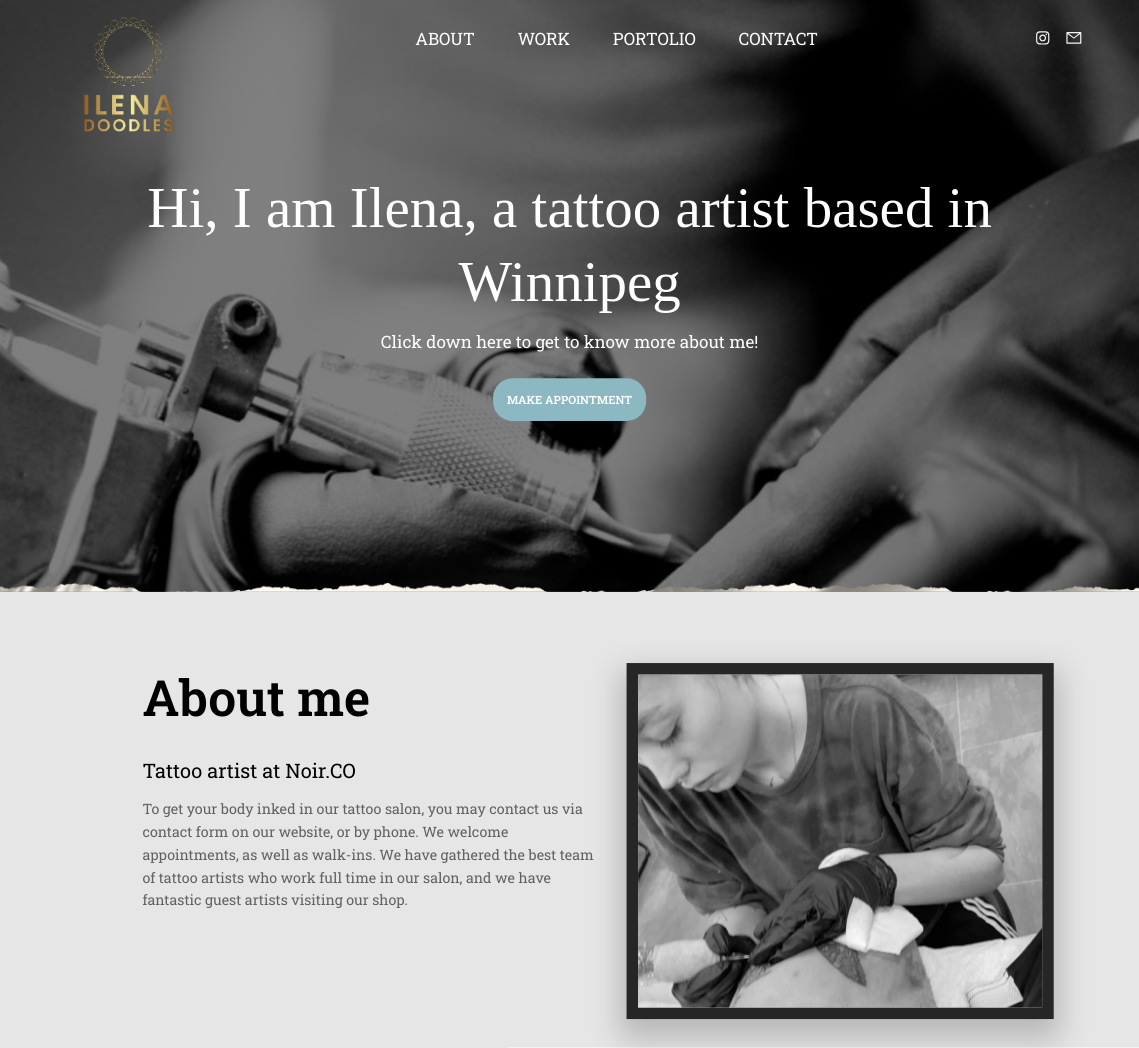
Repository: Leoka2000/Ilena
Page: /
An editor plug-in stored every save of this project. The page is shown before and after the next save, followed by the edit.
The browser window is 1280 px wide. The pictures show the whole page, at 89% of full size.
Some web fonts or font styles are not loaded; a fallback is used. The project was rebuilt for these pictures with package versions that can differ from the ones it lists, and the page was loaded fresh each time. Also part of the build but not shown: src/App.css.

Above is the page before, as saved 2023-03-03 00:11:14.

### public/index.html
<!DOCTYPE html>
<html lang="en">
  <head>
    <meta charset="utf-8" />
    <link rel="icon" href="%PUBLIC_URL%/favicon.ico" />
    <meta name="viewport" content="width=device-width, initial-scale=1" />
    <meta name="theme-color" content="#000000" />
    <meta
      name="description"
      content="Web site created using create-react-app"
    />
    <link rel="apple-touch-icon" href="%PUBLIC_URL%/logo192.png" />
    <!--
      manifest.json provides metadata used when your web app is installed on a
      user's mobile device or desktop. See https://developers.google.com/web/fundamentals/web-app-manifest/
    -->

    <!-- Gloock -->
    <link rel="preconnect" href="https://fonts.googleapis.com">
<link rel="preconnect" href="https://fonts.gstatic.com" crossorigin>
<link href="https://fonts.googleapis.com/css2?family=Fira+Sans+Extra+Condensed:wght@300&family=Inter:wght@300;400;500;600;700&family=Roboto+Condensed:wght@300&family=Roboto+Slab:wght@400;500;600&display=swap" rel="stylesheet">
    <!-- Gloock -->
    <!-- FONT MULISH -->
    <link rel="preconnect" href="https://fonts.googleapis.com">
<link rel="preconnect" href="https://fonts.gstatic.com" crossorigin>
<link href="https://fonts.googleapis.com/css2?family=Fira+Sans+Extra+Condensed:wght@300&family=Inter:wght@300;400;500;600;700&family=Roboto+Condensed:wght@300&family=Roboto+Slab:wght@400;500;600&display=swap" rel="stylesheet">
    <!-- FONT MULISH -->
    <link rel="manifest" href="%PUBLIC_URL%/manifest.json" />
    <!--
      Notice the use of %PUBLIC_URL% in the tags above.
      It will be replaced with the URL of the `public` folder during the build.
      Only files inside the `public` folder can be referenced from the HTML.

      Unlike "/favicon.ico" or "favicon.ico", "%PUBLIC_URL%/favicon.ico" will
      work correctly both with client-side routing and a non-root public URL.
      Learn how to configure a non-root public URL by running `npm run build`.
    -->
    <title>React App</title>
  </head>
  <body>
    <noscript>You need to enable JavaScript to run this app.</noscript>
    <div id="root"></div>
    <!--
      This HTML file is a template.
      If you open it directly in the browser, you will see an empty page.

      You can add webfonts, meta tags, or analytics to this file.
      The build step will place the bundled scripts into the <body> tag.

      To begin the development, run `npm start` or `yarn start`.
      To create a production bundle, use `npm run build` or `yarn build`.
    -->
  </body>
</html>

### src/App.js
import Home from './pages/home/home'
import './App.css';
import Navbar from './components/navbar';

function App() {
  return (
    <>
      <Navbar/>
    <Home/>
    </>
  );
}

export default App;

### src/pages/home/home.js
import React from 'react'
import Hero from '../hero/hero'
import About from '../about/about'


const home = () => {
  return (
    <>
      <Hero/>
      <About/>
    </>
  )
}

export default home

### src/components/navbar.jsx
import React, { useRef, useState } from 'react'
import './navbar.css'
import { AiOutlineInstagram } from 'react-icons/ai'
import { AiOutlineMail } from 'react-icons/ai'
import Logo from '../assets/brand/logo.png'
import { FaBars } from 'react-icons/fa'
import { FaTimes } from 'react-icons/fa'
import { Link } from 'react-scroll'

const Navbar = () => {
  const navRef = useRef();

  const showNavbar = () => {
    navRef.current.classList.toggle("responsive_nav");
  };

  return (
    <div className='navbar-renderer'>
      <nav ref={navRef}>
        <img src={Logo} />
        <ul>
          <li><Link onClick={showNavbar} spy={true} smooth={true} offset={100} duration={500}>ABOUT</Link></li>
          <li><Link onClick={showNavbar} spy={true} smooth={true} offset={100} duration={500}>WORK</Link></li>
          <li><Link onClick={showNavbar} spy={true} smooth={true} offset={100} duration={500}>PORTOLIO</Link></li>
          <li><Link onClick={showNavbar} spy={true} smooth={true} offset={100} duration={500}>CONTACT</Link></li>
        </ul>
        <div className='navbar-icons-wrapper'>
          <a><AiOutlineInstagram /></a>
          <a><AiOutlineMail /></a>
        </div>
        <button
          className="close"
          onClick={showNavbar}>
          <FaTimes />
        </button>
      </nav>

      <button onClick={showNavbar} className='bars-button'>
        <FaBars className='bars' />
      </button>
    </div>
  )
}

export default Navbar

### src/pages/hero/hero.js
import React from 'react'
import './hero.css'

const hero = () => {
  return (
    <section className='hero-section'>
      <h1>Hi, I am Ilena, a tattoo artist based in Winnipeg</h1>
      <p>Click down here to get to know more about me!</p>
      <button>MAKE APPOINTMENT</button>
    </section>
  )
}

export default hero

### src/pages/about/about.jsx
import React from 'react'
import './about.css'
import Illena from '../../assets/brand/Illena.jpg'
import Illena2 from '../../assets/brand/Illena2.jpg'

const About = () => {
  return (
    <section className='about-section'>
      <div className='left-about'>
        <h1>About me</h1>
        <h3>Tattoo artist at Noir.CO</h3>
        <p>To get your body inked in our tattoo salon, you may contact us via contact form on our website, or by phone. We welcome appointments, as well as walk-ins. We have gathered the best team of tattoo artists who work full time in our salon, and we have fantastic guest artists visiting our shop.</p>
      </div>
      <div className='right-about'>
        <div className='img-thumbnail'><img src={Illena2}/></div>
      </div>
    </section>
  )
}

export default About

### src/components/navbar.css
.navbar-renderer {
    display: flex;
    justify-content: center;
    position:absolute;
    width: 100%;
    z-index: 1;
}
nav {
    display: flex;
    height: 85px;
background-color: transparent;
justify-content: space-between;
align-items: center;
width: 90%;
font-family: 'Fira Sans Extra Condensed', sans-serif;
font-family: 'Inter', sans-serif;
font-family: 'Roboto Condensed', sans-serif;
font-family: 'Roboto Slab', serif;

}
nav > img {
width: 10rem;
height: 10rem;
margin-top: 5rem;
}

nav > ul {
    display: flex;
    gap: 3rem;
    font-size: 1.2rem;
    color: white;
}
nav > ul > li:hover {
    color: rgb(133, 113, 0);
}
nav > ul > li {
   list-style: none;
   cursor: pointer;
   transition: 0.5s;

}
.navbar-icons-wrapper {
    display: flex;
    color: whitesmoke;
    font-size: 1.2rem;
    gap: 1rem;

}
.navbar-icons-wrapper > a > svg {
    transition: 0.4s;
}
.navbar-icons-wrapper > a > svg:hover {
    cursor: pointer;
    color: rgb(133, 113, 0);
}
.bars-button {
    position: fixed;
    right: 10rem;
    font-size: 2rem;
    background-color: transparent;
    outline: none;
    border: none;
    cursor: pointer;
    display: none;
}
.close {
    display: none;
}
@media only screen and (max-width: 1024px) {
    .bars-button {
        position: fixed;
        right: 1.5em;
        top: 1.5rem;
        font-size: 2rem;
        background-color: transparent;
        outline: none;
        border: none;
        cursor: pointer;
        display: flex;
    }
    .close {
        position: absolute;
		top: 1.5rem;
		right: 1.5rem;
        color: rgb(0, 0, 0);
        background: transparent;
	border: none;
	outline: none;
    display: flex;
    font-size: 1.7rem;
    cursor: pointer;
     }
    .responsive_nav{
		transform: none;
        display: flex;
        justify-content: flex-start;
		width: 100%;


	}
	nav {
        position: fixed;
		top: 0rem;
		left: 0rem;
		height: 100%;
		width: 100%;
		display: flex;
		flex-direction: column;
		align-items: center;
		justify-content: flex-start;
		gap: 2rem;
        text-align: center;
		padding-top: 5rem;
		transition: 0.8s;
		transform: translateY(-200vh);
        color: #677294;
		/* IMPORTANTE */
		background-color: rgb(206, 206, 206);
        z-index: 50;
	/* aqui que a magica acontece, esse é mt importante */
	}
}

### src/pages/hero/hero.css
.hero-section {
  position: relative;
  padding: 12rem 0 12rem 0;
  background-image: url('../../assets/brand/hero-img.png');
  object-fit: contain;
  background-position: top;
  background-attachment: scroll;
  z-index: 0;
  display: flex;
  justify-content: center;
  flex-direction: column;
  align-items: center;
  text-align: center;
  color: white;
  gap: 0.8rem;
}

.hero-section::after {
    position: absolute; /*IMPORTANT!*/
    background-color: transparent;
    content: "";
    width: 100%;
    height: 10px;
    mix-blend-mode:difference;
    left: 0;
    z-index: 1;
    bottom: 0rem;
background: url(../../assets/brand/overlay-bottom.png);
}
.hero-section::before {
  content: "";
  position: absolute;
  top: 0;
  left: 0;
  width: 100%;
  height: 100%;
  background-color: rgba(0, 0, 0, 0.5); /* adjust the opacity as needed */
  filter: brightness(0.7); /* apply the filter to the overlay */
  z-index: -1;
}

.hero-section > h1 {
  font-family: 'Gloock', serif;
  font-size: 4rem;
  width: 80%;
  filter: brightness(100%);
  color: rgb(255, 255, 255);
  line-height: 1.3;
}

.hero-section > p {
  color: rgb(255, 255, 255);
  font-size: 1.2rem;
font-family: 'Roboto Slab', serif;

}
.hero-section > button {
    background: #8bb8c1;
    padding: 1rem;
    border-radius: 22px;
    border: none;
    color: white;
    font-family: 'Roboto Slab', serif;
    margin-top: 1rem;
    font-weight: 900;
    font-size: 0.8rem;
    cursor: pointer;
    z-index: 0;
    transition: 0.3s;

}

.hero-section > button:hover {
    background: #ffffff;
   color: black;

    z-index: 0;
}

### src/pages/about/about.css
.about-section {
    padding: 5rem 6rem 2rem 10rem;
    background-color: #e6e6e6;
    display: flex;
    justify-content: space-around;
    font-family: 'Roboto Slab', serif;
}

.left-about  {
    padding-right: 2rem;
}
.left-about > h1 {

    font-size: 3.5rem;
    margin-bottom: 2rem;
    font-weight: 900;
}
.left-about > p  {
    color: rgb(97, 97, 97);
    line-height: 1.6;
    max-width: 700px;


}
 .left-about > h3  {
    color: rgb(0, 0, 0);
    font-size: 1.4rem;

}
.left-about > h3 {
    margin-bottom: 1rem;
}
.img-thumbnail {
    width: 30rem;
    height: 25rem
}
.img-thumbnail > img {
    height: 100%;
    width: 100%;
    object-fit: cover;
    border: 13px solid #25262f;
    filter: grayscale(1);
padding: 0;
box-shadow: 0 16px 32px 8px rgba(0, 0, 0, 0.2);
}

Loaded but not shown: src/index.js (common file); src/index.css (common file)

After the next save:
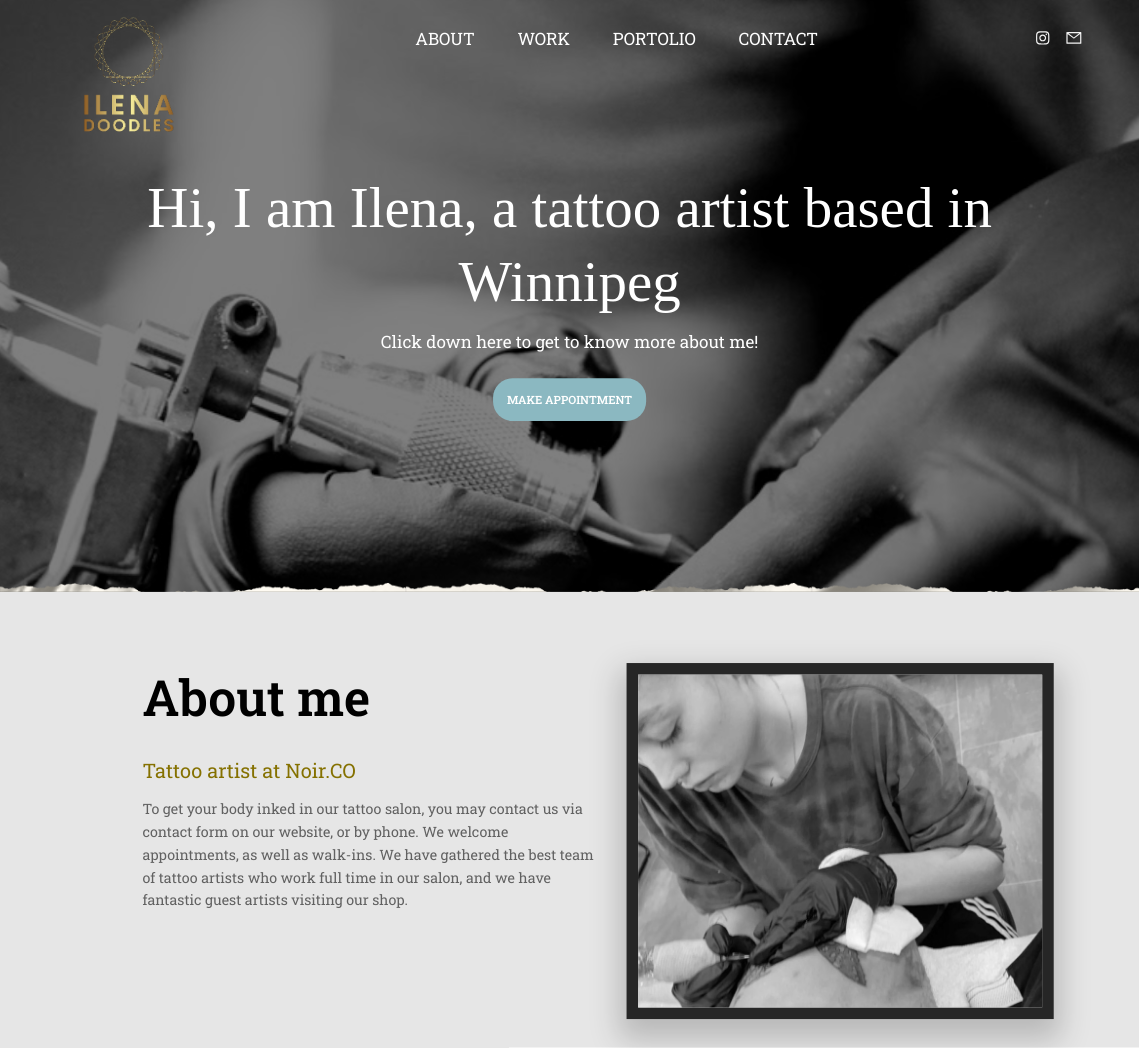
Saved 9 s later.
--- a/src/pages/about/about.css
+++ b/src/pages/about/about.css
@@ -23,7 +23,7 @@
 
 }
  .left-about > h3  {
-    color: rgb(0, 0, 0);
+    color: rgb(133, 113, 0);
     font-size: 1.4rem;
 
 }
